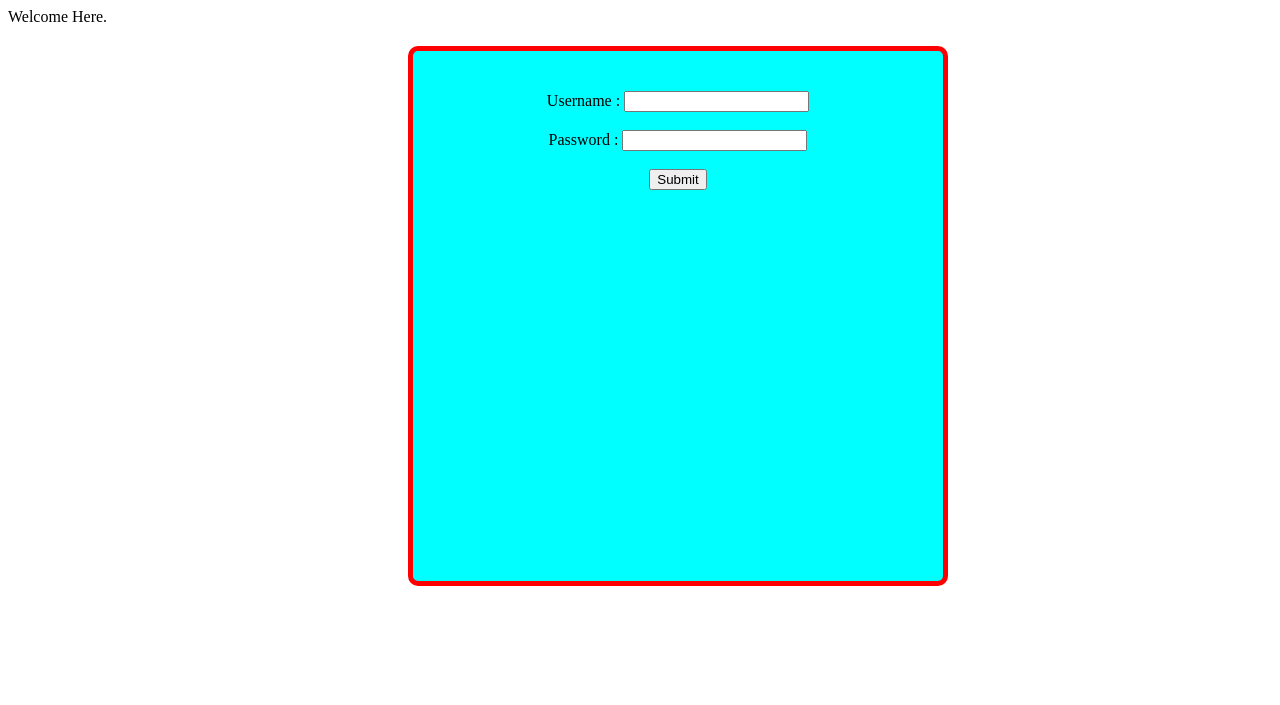
Repository: sunil965/JavaRepo
Page: WebProject/WebContent/index.html
These files come from the project's save history. The page is drawn as it stood at one moment and after the next save; the edit follows.
The browser window is 1280 px wide. The pictures show the whole page.

Above is the page before, as saved 2017-04-26 11:07:16.

### WebProject/WebContent/index.html
<!DOCTYPE html>
<html>
<head>
<meta charset="UTF-8">
<title>Insert title here</title>
</head>
<style>
.div{
   border: 5px solid red;
   height: 450px;
   width: 450px;
   background-color: cyan;
   margin-left: 400px;
   margin-top: 20px;
   padding: 40px;
   border-radius: 10px;



}
</style>
<body>

<div><hi>Welcome Here.</hi></div>

<div class="div">
<center>
<form action="LoginServlet" method="get">
Username : <input type="text" id="name"><br><br>
Password : <input type="password" id="name"><br><br>
<input type="submit">
</form>
</center>
</div>


</body>
</html>

After the next save:
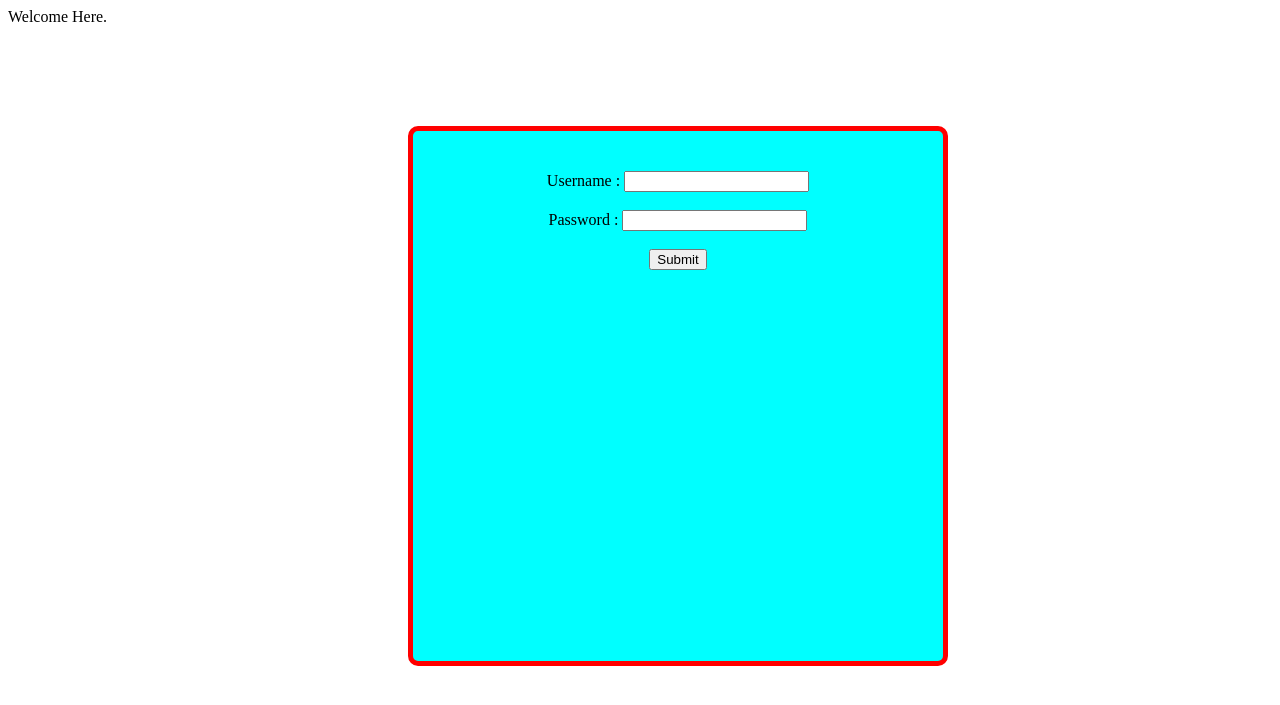
Saved 79 s later.
--- a/WebProject/WebContent/index.html
+++ b/WebProject/WebContent/index.html
@@ -11,7 +11,7 @@
    width: 450px;
    background-color: cyan;
    margin-left: 400px;
-   margin-top: 20px;
+   margin-top: 100px;
    padding: 40px;
    border-radius: 10px;
 
